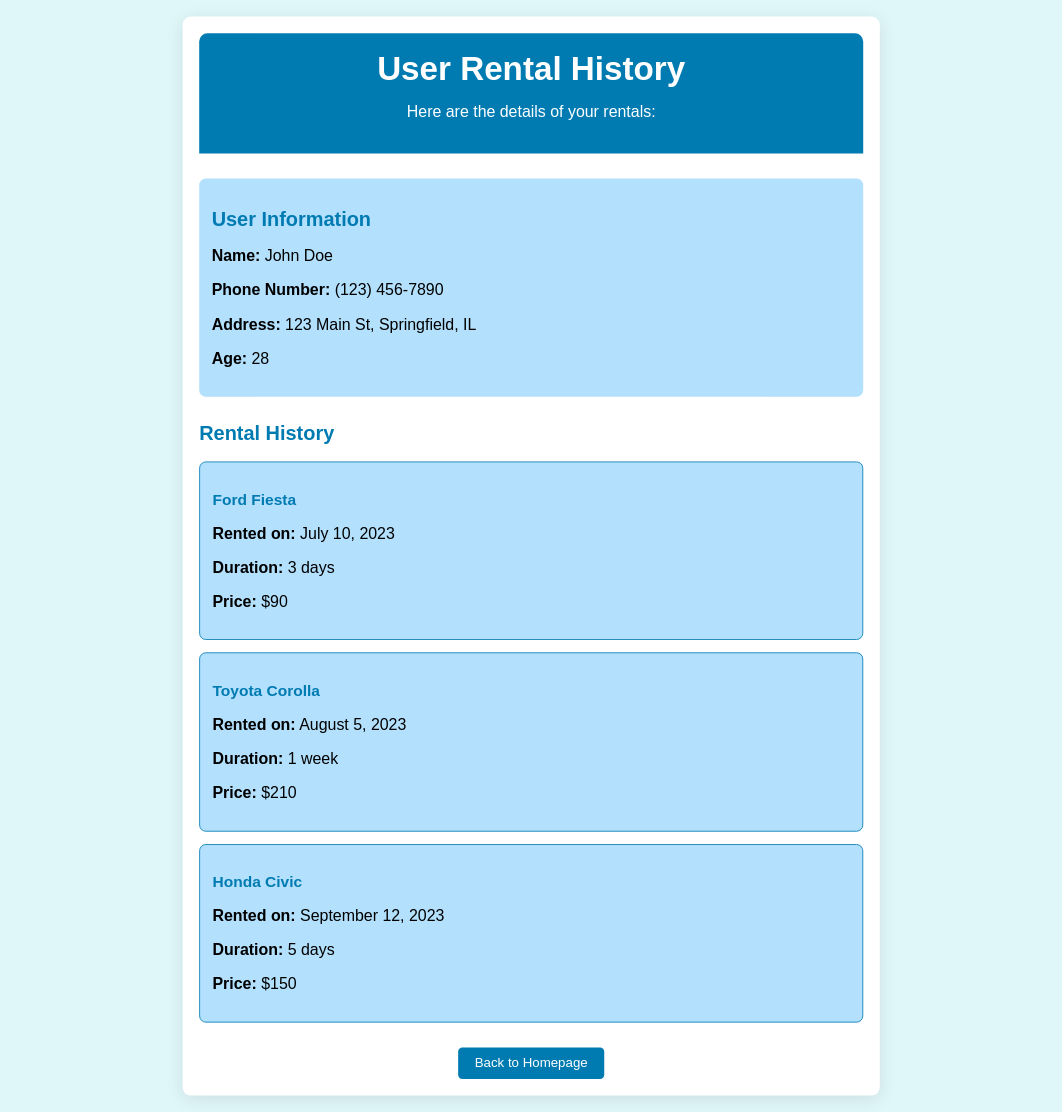
Repository: singrohaanvi/project-fee
Page: fee/user_history/index.html
These files come from the project's save history. The page is drawn as it stood at one moment and after the next save; the edit follows.
The browser window is 1280 px wide. The pictures show the whole page, at 83% of full size.

Above is the page before, as saved 2024-10-22 19:52:07.

### fee/user_history/index.html
<!DOCTYPE html>
<html lang="en">
<head>
    <meta charset="UTF-8">
    <meta name="viewport" content="width=device-width, initial-scale=1.0">
    <title>User Rental History - Car-O-Bar</title>
    <link rel="stylesheet" href="styles.css">
</head>
<body>
    <div class="container">
        <header>
            <h1>User Rental History</h1>
            <p>Here are the details of your rentals:</p>
        </header>

        <section class="user-details">
            <h2>User Information</h2>
            <p><strong>Name:</strong> John Doe</p>
            <p><strong>Phone Number:</strong> (123) 456-7890</p>
            <p><strong>Address:</strong> 123 Main St, Springfield, IL</p>
            <p><strong>Age:</strong> 28</p>
        </section>

        <section class="car-history">
            <h2>Rental History</h2>
            <div class="car-card" id="car1">
                <h3>Ford Fiesta</h3>
                <p><strong>Rented on:</strong> July 10, 2023</p>
                <p><strong>Duration:</strong> 3 days</p>
                <p><strong>Price:</strong> $90</p>
            </div>
            <div class="car-card" id="car2">
                <h3>Toyota Corolla</h3>
                <p><strong>Rented on:</strong> August 5, 2023</p>
                <p><strong>Duration:</strong> 1 week</p>
                <p><strong>Price:</strong> $210</p>
            </div>
            <div class="car-card" id="car3">
                <h3>Honda Civic</h3>
                <p><strong>Rented on:</strong> September 12, 2023</p>
                <p><strong>Duration:</strong> 5 days</p>
                <p><strong>Price:</strong> $150</p>
            </div>
        </section>

        <footer>
            <button id="backBtn">Back to Homepage</button>
        </footer>
    </div>

    <script src="script.js"></script>
</body>
</html>

### fee/user_history/styles.css
body {
    font-family: 'Arial', sans-serif;
    background-color: #e0f7fa;
    margin: 0;
    padding: 20px;
}

.container {
    max-width: 800px;
    margin: 0 auto;
    padding: 20px;
    background-color: #ffffff;
    border-radius: 10px;
    box-shadow: 0 4px 20px rgba(0, 0, 0, 0.1);
}

header {
    text-align: center;
    background-color: #007bb2;
    color: #fff;
    padding: 20px;
    border-radius: 10px 10px 0 0;
}

h1 {
    margin: 0;
    font-size: 2.5em;
}

p {
    font-size: 1.2em;
}

.user-details {
    margin-top: 30px;
    background-color: #b3e0fd;
    padding: 15px;
    border-radius: 8px;
}

.user-details h2 {
    color: #007bb2;
}

.car-history {
    margin-top: 30px;
}

.car-history h2 {
    color: #007bb2;
}

.car-card {
    background-color: #b3e0fd;
    border: 1px solid #007bb2;
    border-radius: 8px;
    padding: 15px;
    margin: 15px 0;
    transition: transform 0.2s;
}

.car-card:hover {
    transform: scale(1.02);
}

h3 {
    color: #007bb2;
}

footer {
    text-align: center;
    margin-top: 30px;
}

button {
    padding: 10px 20px;
    background-color: #007bb2;
    color: white;
    border: none;
    border-radius: 5px;
    cursor: pointer;
    font-size: 1em;
}

button:hover {
    background-color: #005f8a;
}

### fee/user_history/script.js
document.getElementById('backBtn').addEventListener('click', function() {
    window.location.href = 'index.html'; // Redirect to your homepage
});

After the next save:
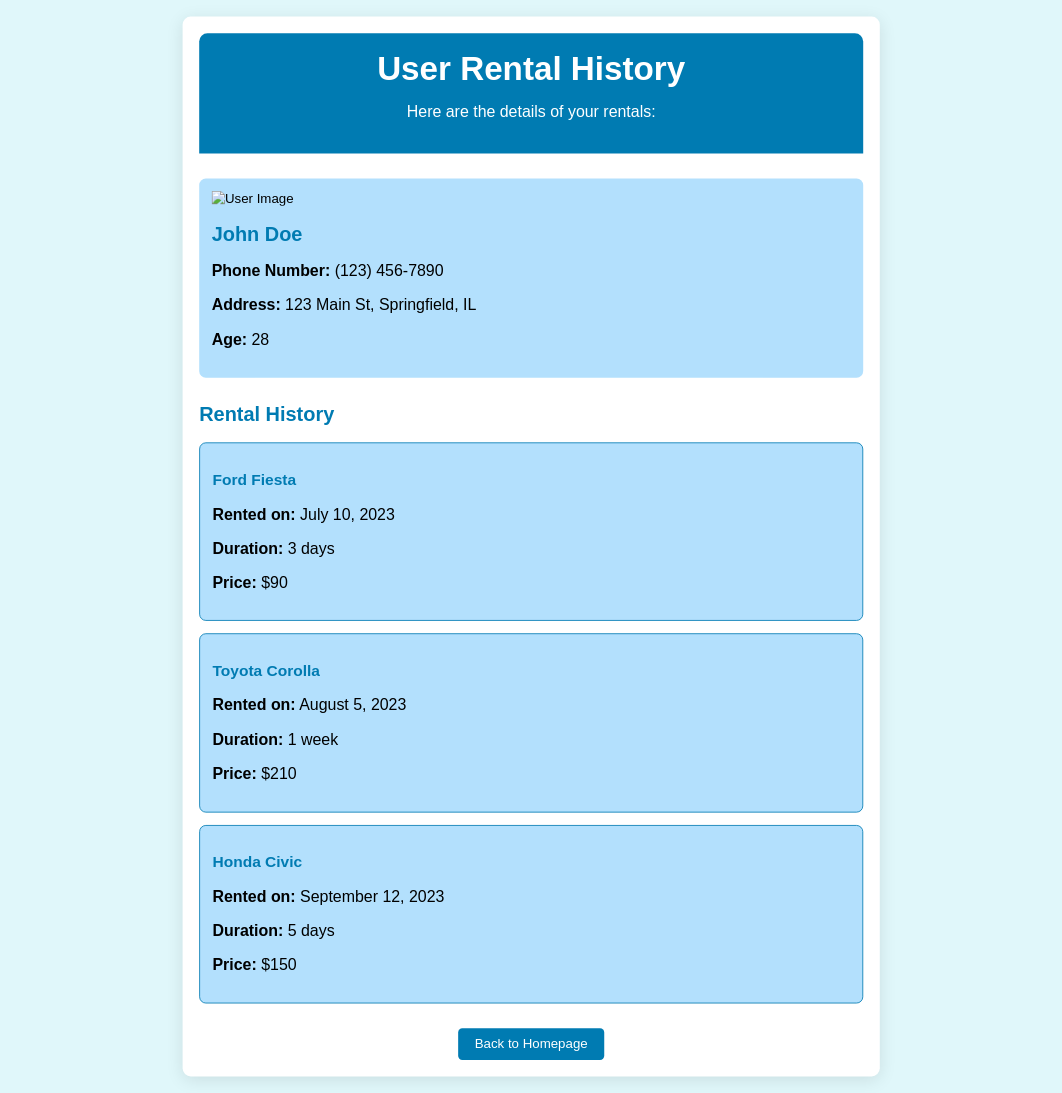
Not found: fee/user_history/path/to/user-image.jpg
Saved 89 s later.
--- a/fee/user_history/index.html
+++ b/fee/user_history/index.html
@@ -14,11 +14,15 @@
         </header>
 
         <section class="user-details">
-            <h2>User Information</h2>
-            <p><strong>Name:</strong> John Doe</p>
-            <p><strong>Phone Number:</strong> (123) 456-7890</p>
-            <p><strong>Address:</strong> 123 Main St, Springfield, IL</p>
-            <p><strong>Age:</strong> 28</p>
+            <div class="user-info">
+                <img src="path/to/user-image.jpg" alt="User Image" class="user-image">
+                <h2 class="user-name">John Doe</h2>
+            </div>
+            <div class="user-info-details">
+                <p><strong>Phone Number:</strong> (123) 456-7890</p>
+                <p><strong>Address:</strong> 123 Main St, Springfield, IL</p>
+                <p><strong>Age:</strong> 28</p>
+            </div>
         </section>
 
         <section class="car-history">
